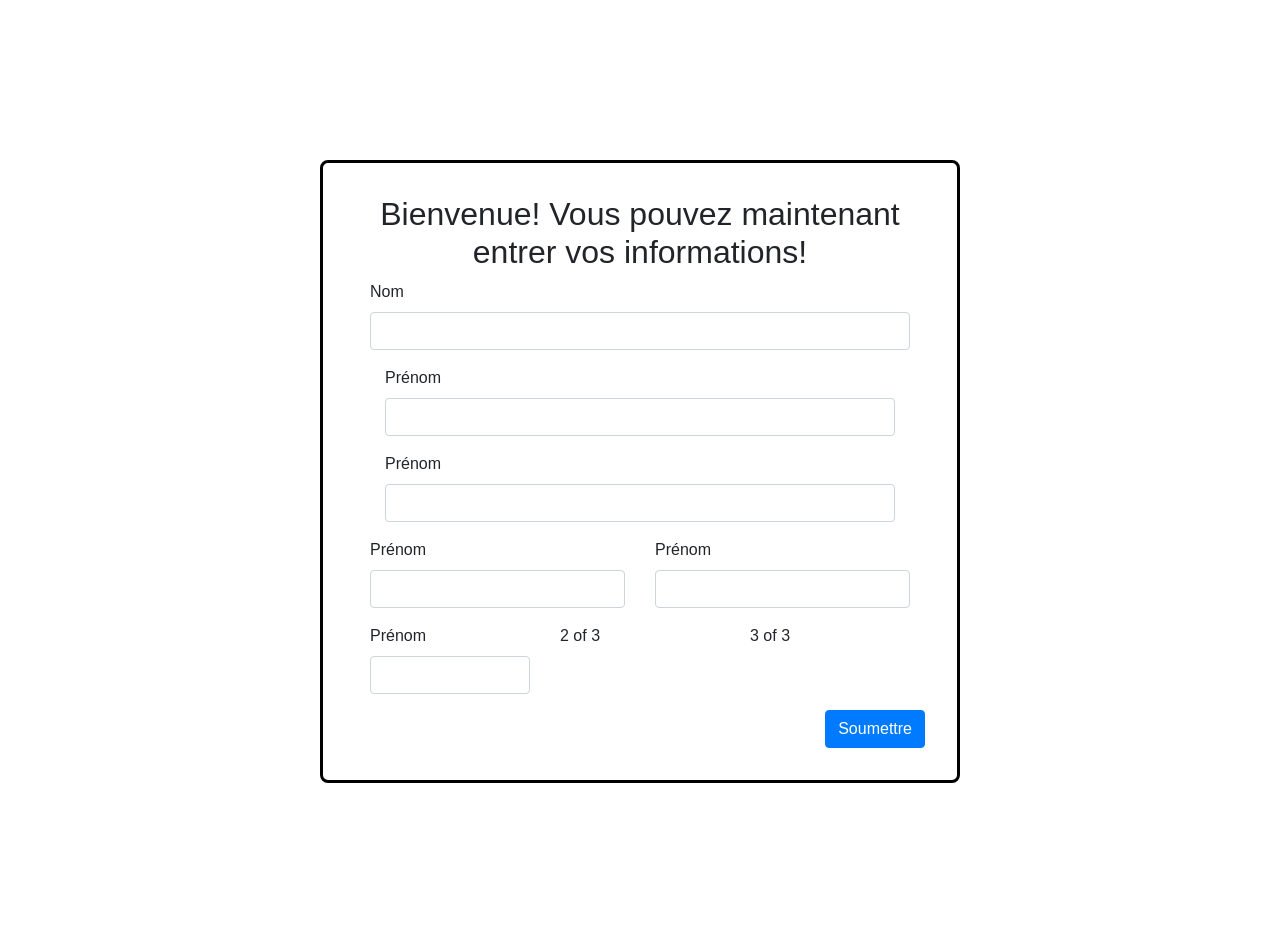
Repository: Aminox84/frontend-main
Page: /
These files come from the project's save history. The page is drawn as it stood at one moment and after the next save; the edit follows.
The browser window is 1280 px wide. The pictures show the whole page.
The project was rebuilt for these pictures with package versions that can differ from the ones it lists, and the page was loaded fresh each time.

Above is the page before, as saved 2022-12-29 19:54:20.

### public/index.html
<!DOCTYPE html>
<html lang="en">
  <head>
    <meta charset="utf-8" />
    <link rel="icon" href="%PUBLIC_URL%/favicon.ico" />
    <meta name="viewport" content="width=device-width, initial-scale=1" />
    <meta name="theme-color" content="#000000" />
    <meta
      name="description"
      content="Web site created using create-react-app"
    />
    <link rel="apple-touch-icon" href="%PUBLIC_URL%/logo192.png" />

    <link rel="manifest" href="%PUBLIC_URL%/manifest.json" />
    <link rel="stylesheet" href="https://cdn.jsdelivr.net/npm/bootstrap@4.4.1/dist/css/bootstrap.min.css" integrity="sha384-Vkoo8x4CGsO3+Hhxv8T/Q5PaXtkKtu6ug5TOeNV6gBiFeWPGFN9MuhOf23Q9Ifjh" crossorigin="anonymous">

    <title>React App</title>
  </head>
  <body>
    <noscript>You need to enable JavaScript to run this app.</noscript>
    <div id="root"></div>
    <script src="https://code.jquery.com/jquery-3.4.1.slim.min.js" integrity="sha384-J6qa4849blE2+poT4WnyKhv5vZF5SrPo0iEjwBvKU7imGFAV0wwj1yYfoRSJoZ+n" crossorigin="anonymous"></script>
    <script src="https://cdn.jsdelivr.net/npm/popper.js@1.16.0/dist/umd/popper.min.js" integrity="sha384-Q6E9RHvbIyZFJoft+2mJbHaEWldlvI9IOYy5n3zV9zzTtmI3UksdQRVvoxMfooAo" crossorigin="anonymous"></script>
    <script src="https://cdn.jsdelivr.net/npm/bootstrap@4.4.1/dist/js/bootstrap.min.js" integrity="sha384-wfSDF2E50Y2D1uUdj0O3uMBJnjuUD4Ih7YwaYd1iqfktj0Uod8GCExl3Og8ifwB6" crossorigin="anonymous"></script>
  </body>
</html>

### src/App.tsx
import React from 'react';
// import { useMultistepForm } from './useMultistepForm';
// import { AddressForm } from './AddressForm';
// import { AccountForm } from './AccountForm';
import { UserForm } from './userForm';


function App() {


// const {steps,currentStepIndex,step,isFirstStep,isLastStep,back,next} = useMultistepForm([<UserForm />,<AddressForm />,<AccountForm />])

  return (
    <div style={{position:"relative",background:"white",border:"0.2rem solid  black",padding:"2rem",margin:" 10rem auto",borderRadius:".5rem",fontFamily:"Arial",width:"50%",}}>
      <form>
       {/* <div style={{position:"absolute",top:".5rem",right:".5rem"}}> {currentStepIndex + 1} / {steps.length}</div> */}
       <UserForm/>
       <div className='d-flex justify-content-end'>
       {/* {!isFirstStep && <button className='btn btn-primary ml-2' type="button" onClick={back}>Back</button>} */}
       <button type="button" className='btn btn-primary ml-2'>Soumettre</button>
       </div>
      </form>
    </div>
  );
}

export default App;

### src/userForm.tsx
export function UserForm() {
  return (
    <>

      <h2 style={{textAlign:"center"}}>Bienvenue! Vous pouvez maintenant entrer vos informations!</h2>


      <div className="container">
  <div className="row">
    <div className="col">
        <div className="form-group">
          <label htmlFor="exampleInputEmail1">Nom</label>
          <input
            type="email"
            className="form-control"
            id="exampleInputEmail1"
            aria-describedby="emailHelp"
          />
          </div>
    <div className="col">
        <div className="form-group">
          <label htmlFor="exampleInputPassword1">Prénom</label>
          <input
            type="password"
            className="form-control"
            id="exampleInputPassword1"
          />
        </div>
        </div>
    <div className="w-100"></div>
    <div className="col">
        <div className="form-group">
          <label htmlFor="exampleInputPassword1">Prénom</label>
          <input
            type="password"
            className="form-control"
            id="exampleInputPassword1"
          />
        </div>
        </div>
    <div className="col">

        </div>
  </div>
</div>
</div>



<div className="container">
  <div className="row">
    <div className="col">
      <div className="form-group">
          <label htmlFor="exampleInputPassword1">Prénom</label>
          <input
            type="password"
            className="form-control"
            id="exampleInputPassword1"
          />
        </div>
    </div>
    <div className="col">
    <div className="form-group">
          <label htmlFor="exampleInputPassword1">Prénom</label>
          <input
            type="password"
            className="form-control"
            id="exampleInputPassword1"
          />
        </div>
    </div>
  </div>
  <div className="row">
    <div className="col">
    <div className="form-group">
          <label htmlFor="exampleInputPassword1">Prénom</label>
          <input
            type="password"
            className="form-control"
            id="exampleInputPassword1"
          />
        </div>
    </div>
    <div className="col">
      2 of 3
    </div>
    <div className="col">
      3 of 3
    </div>
  </div>
</div>


    </>
  )
}

Loaded but not shown: src/index.tsx (common file)

After the next save:
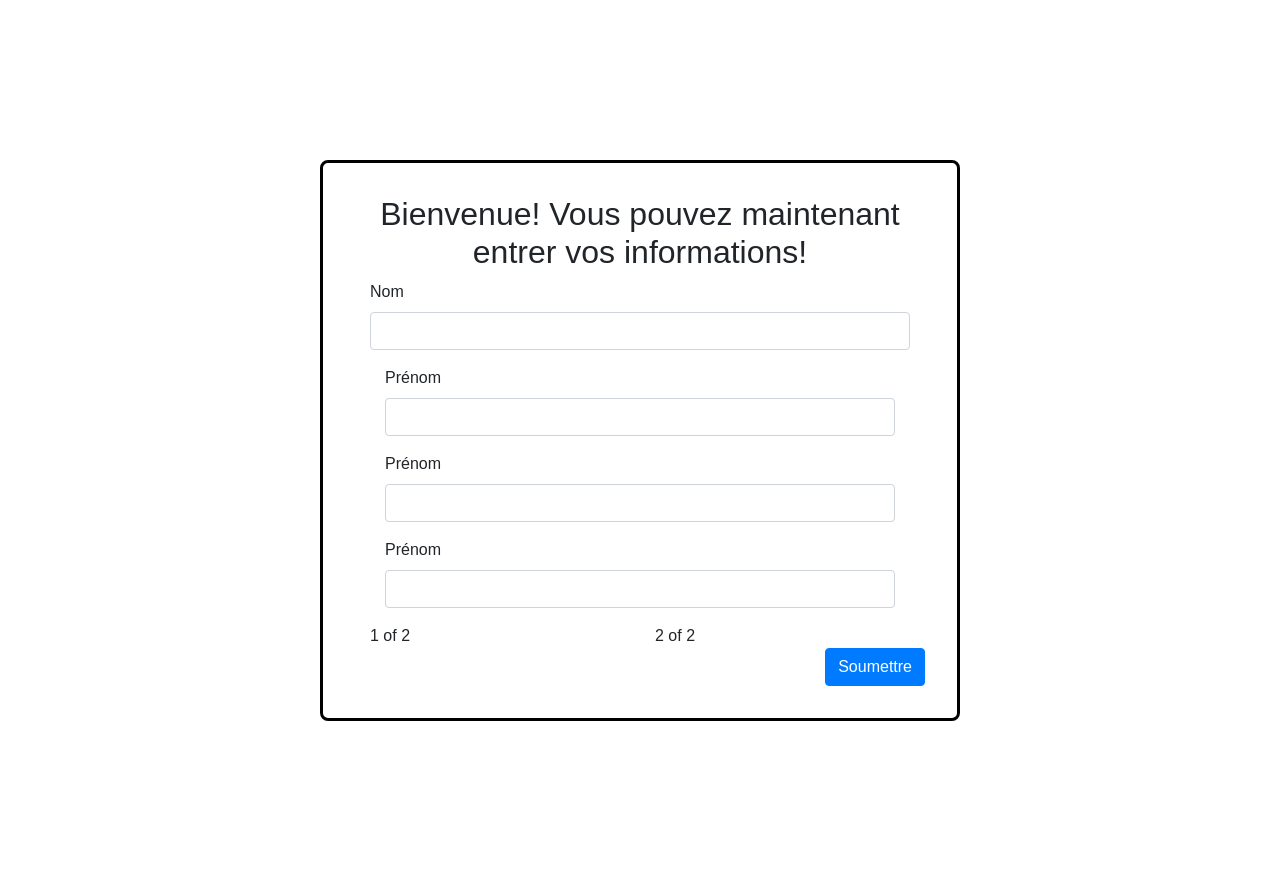
Saved 33 s later.
--- a/src/userForm.tsx
+++ b/src/userForm.tsx
@@ -39,7 +39,14 @@ export function UserForm() {
         </div>
         </div>
     <div className="col">
-
+        <div className="form-group">
+          <label htmlFor="exampleInputPassword1">Prénom</label>
+          <input
+            type="password"
+            className="form-control"
+            id="exampleInputPassword1"
+          />
+        </div>
         </div>
   </div>
 </div>
@@ -50,45 +57,13 @@ export function UserForm() {
 <div className="container">
   <div className="row">
     <div className="col">
-      <div className="form-group">
-          <label htmlFor="exampleInputPassword1">Prénom</label>
-          <input
-            type="password"
-            className="form-control"
-            id="exampleInputPassword1"
-          />
-        </div>
+      1 of 2
     </div>
     <div className="col">
-    <div className="form-group">
-          <label htmlFor="exampleInputPassword1">Prénom</label>
-          <input
-            type="password"
-            className="form-control"
-            id="exampleInputPassword1"
-          />
-        </div>
+      2 of 2
     </div>
   </div>
-  <div className="row">
-    <div className="col">
-    <div className="form-group">
-          <label htmlFor="exampleInputPassword1">Prénom</label>
-          <input
-            type="password"
-            className="form-control"
-            id="exampleInputPassword1"
-          />
-        </div>
-    </div>
-    <div className="col">
-      2 of 3
-    </div>
-    <div className="col">
-      3 of 3
-    </div>
   </div>
-</div>
 
 
     </>
